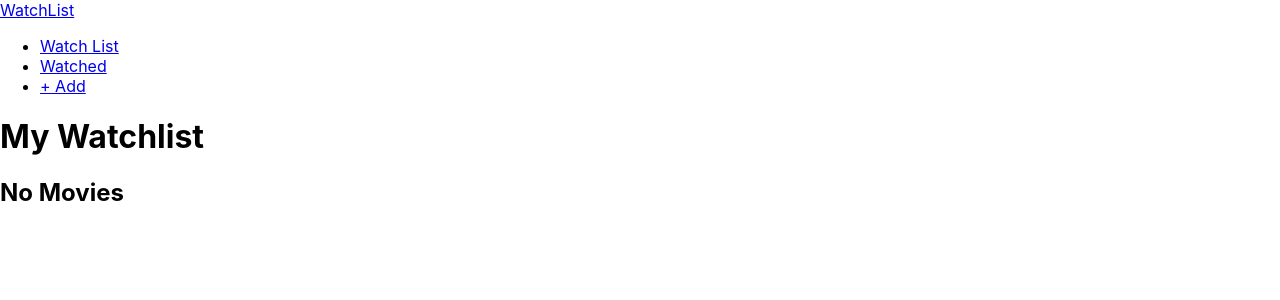
Repository: saim368/movie-app
Page: /
An editor plug-in stored every save of this project. The page is shown before and after the next save, followed by the edit.
The browser window is 1280 px wide. The pictures show the whole page.
The project was rebuilt for these pictures with package versions that can differ from the ones it lists, and the page was loaded fresh each time. A package was used in the major version that the imports need, not the one package.json lists. Also part of the build but not shown: src/App.css, src/components/MovieCard.js, src/components/Watched.js, src/components/ResultCard.js, src/components/Add.js.

Above is the page before, as saved 2020-12-08 11:49:46.

### src/App.js
import './App.css';
import { BrowserRouter as Router, Switch, Route } from 'react-router-dom';
import { Header } from './components/Header';
import { Watchlist } from './components/Watchlist';
import { Watched } from './components/Watched';
import { Add } from './components/Add';
import './lib/font-awesome/css/all.min.css';

import { GlobalProvider } from './context/GlobalState';

function App() {
  return (
    <GlobalProvider>
      <Router>
        <Header />

        <Switch>
          <Route exact path= "/">
            <Watchlist />
          </Route>

          <Route exact path= "/watched">
            <Watched />
          </Route>

          <Route exact path= "/add">
            <Add />
          </Route>
        </Switch>
      </Router>
    </GlobalProvider>
  );
}

export default App;

### src/components/Header.js
import React from 'react';
import { Link } from 'react-router-dom';

export const Header = () => {
    return (
        <header>
            <div className= "container">
                <div className= "inner-content">
                    <div className= "brand">
                        <Link to= "/">WatchList</Link>
                    </div>
                    <ul className= "nav-links">
                        <li>
                            <Link to= "/">Watch List</Link>
                        </li>

                        <li>
                            <Link to= "/watched">Watched</Link>
                        </li>

                        <li>
                            <Link to= "/add" className= "btn">
                                + Add
                            </Link>
                        </li>
                    </ul>
                </div>
            </div>
        </header>
    )
}

### src/components/Watchlist.js
import React, { useContext } from 'react';
import { GlobalContext } from '../context/GlobalState';
import { MovieCard } from './MovieCard';

export const Watchlist = () => {
    const {watchlist} = useContext(GlobalContext);
    return (
        <div className= "movie-page">
            <div className= "container">
                <div className= "header">
                    <h1 className= "heading">My Watchlist</h1>
                </div>

                {watchlist.length > 0 ? (
                    <div className= "movie-grid">
                    {watchlist.map(movie => (
                        <MovieCard movie={movie} type= "watchlist" />
                    ))}
                </div>
                ) : (
                    <h2 className= "no-movies">No Movies</h2>
                )}

            </div>
        </div>
    )
}

### src/context/GlobalState.js
import React, { createContext, useReducer, useEffect } from 'react';
import AppReducer from './AppReducer';

//Initial State
const initialState = {
    watchlist: localStorage.getItem('watchlist') ? JSON.parse(localStorage.getItem("watchlist")) : [],
    watched: localStorage.getItem('watched') ? JSON.parse(localStorage.getItem("watched")) : [],
};

//Create context
export const GlobalContext = createContext(initialState);

//Provider Components
export const GlobalProvider = props => {
    const [state, dispatch] = useReducer(AppReducer, initialState);

    useEffect(() => {
        localStorage.setItem("watchlist", JSON.stringify(state.watchlist));
        localStorage.setItem("watched", JSON.stringify(state.watched));
    }, [state])

    //actions
    const addMovieToWatchlist = movie => {
        dispatch({ type: "ADD_MOVIE_TO_WATCHLIST", payload: movie })
    }

    return (
        <GlobalContext.Provider
            value= {{
                watchlist: state.watchlist,
                watched: state.watched,
                addMovieToWatchlist,
                }}>
            {props.children}
        </GlobalContext.Provider>
    )
}

### src/context/AppReducer.js
// eslint-disable-next-line import/no-anonymous-default-export
export default (state, action) => {
    switch (action.type) {
        case "ADD_MOVIE_TO_WATCHLIST":
            return {
                ...state,
                watchlist: [action.payload, ...state.watchlist],
            }
        default:
            return state;
    }
}

Loaded but not shown: public/index.html (common file); src/index.js (common file); src/index.css (common file); src/reportWebVitals.js (common file); src/lib/font-awesome/css/all.min.css (library)

After the next save:
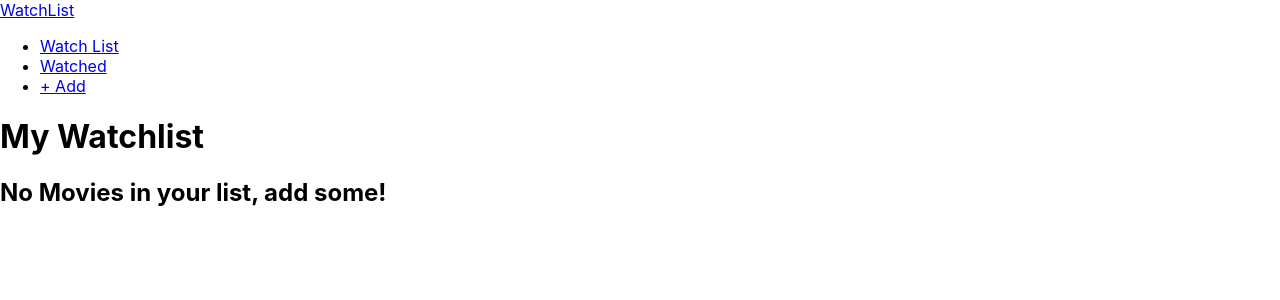
Saved 29 s later.
--- a/src/components/Watchlist.js
+++ b/src/components/Watchlist.js
@@ -18,7 +18,7 @@ export const Watchlist = () => {
                     ))}
                 </div>
                 ) : (
-                    <h2 className= "no-movies">No Movies</h2>
+                    <h2 className= "no-movies">No Movies in your list, add some!</h2>
                 )}
 
             </div>
